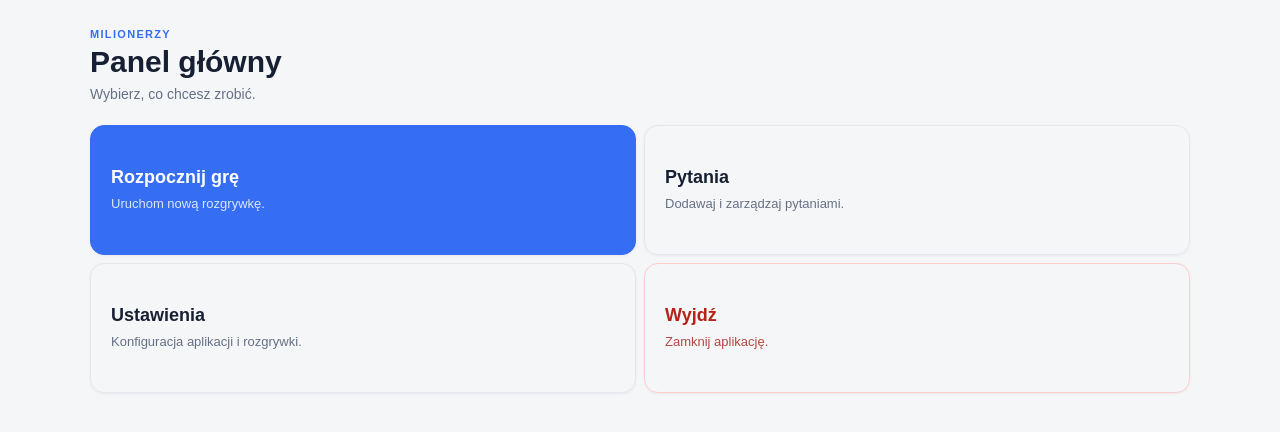
Repository: WaleonGames/HTGMilionerzy
Page: views/index.html
The author's editor kept a copy of each file at every save. The page is drawn from the files as they stood at one save, then again after a run of saves.
The browser window is 1280 px wide. The pictures show the whole page.

Above is the page before, as saved 2026-09-05 20:06:47.

After the next 2 saves:
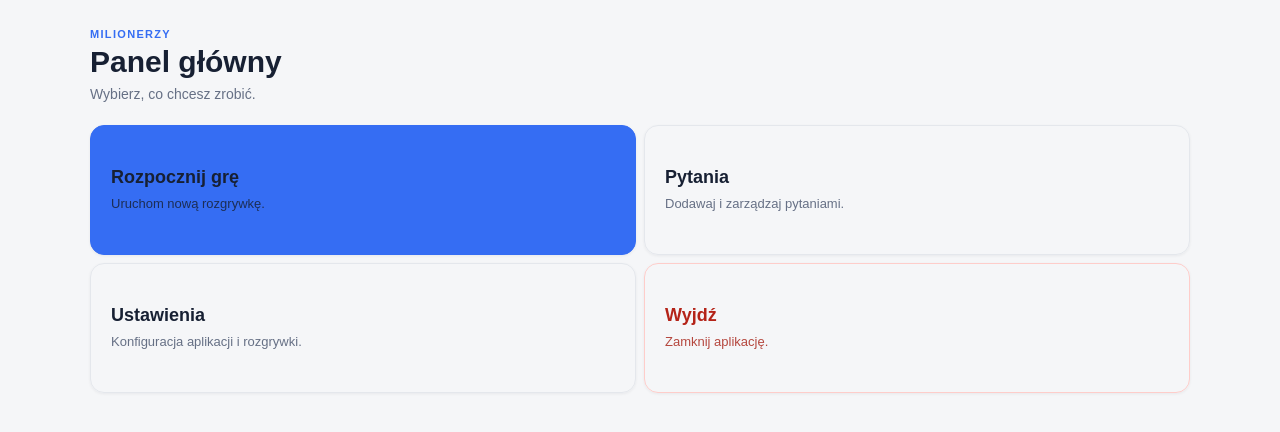
The 2 saves are shown as one change because they came seconds apart.
The last was saved 13 s later.
--- a/public/css/design.css
+++ b/public/css/design.css
@@ -243,14 +243,14 @@ small{
 
 .button-primary{
   background:var(--design-primary) !important;
-  color:#fff !important;
+  color:var(--design-surface) !important;
   border-color:var(--design-primary) !important;
   box-shadow:0 3px 10px rgba(53,109,243,.18) !important;
 }
 
 .button-primary:hover{
   background:var(--design-primary-hover) !important;
-  color:#fff !important;
+  color:var(--design-surface) !important;
   border-color:var(--design-primary-hover) !important;
 }
 
@@ -315,7 +315,7 @@ small{
 }
 
 .list-item{
-  background:#fff !important;
+  background:var(--design-surface) !important;
   color:var(--design-text) !important;
   border-color:var(--design-border) !important;
   box-shadow:var(--design-shadow-sm) !important;
@@ -380,7 +380,7 @@ small{
 
 .action-card-primary{
   background:var(--design-primary) !important;
-  color:#fff !important;
+  color:var(--design-surface) !important;
 
   border-color:var(--design-primary) !important;
 }
@@ -392,7 +392,7 @@ small{
 
 .action-card-primary .action-card-title,
 .action-card-primary .action-card-description{
-  color:#fff !important;
+  color:var(--design-surface) !important;
 }
 
 .action-card-primary .action-card-description{
@@ -594,11 +594,11 @@ select{
 }
 
 .menu-header{
-  background:#fff !important;
+  background:var(--design-surface) !important;
 }
 
 .menu-card{
-  background:#fff !important;
+  background:var(--design-surface) !important;
   color:var(--design-text) !important;
   border-color:var(--design-border) !important;
   box-shadow:var(--design-shadow-sm) !important;
@@ -623,7 +623,7 @@ select{
 
 .menu-card-primary{
   background:var(--design-primary) !important;
-  color:#fff !important;
+  color:var(--design-surface) !important;
   border-color:var(--design-primary) !important;
 }
 
@@ -633,11 +633,11 @@ select{
 }
 
 .menu-card-primary .menu-card-title{
-  color:#fff !important;
+  color:var(--design-surface) !important;
 }
 
 .menu-card-primary .menu-card-description{
-  color:#fff !important;
+  color:var(--design-surface) !important;
   opacity:.82;
 }
 
@@ -646,7 +646,7 @@ select{
 ========================= */
 
 .menu-card-danger{
-  background:#fff !important;
+  background:var(--design-surface) !important;
   color:var(--design-danger) !important;
   border-color:var(--design-danger-border) !important;
 }

After the save that followed:
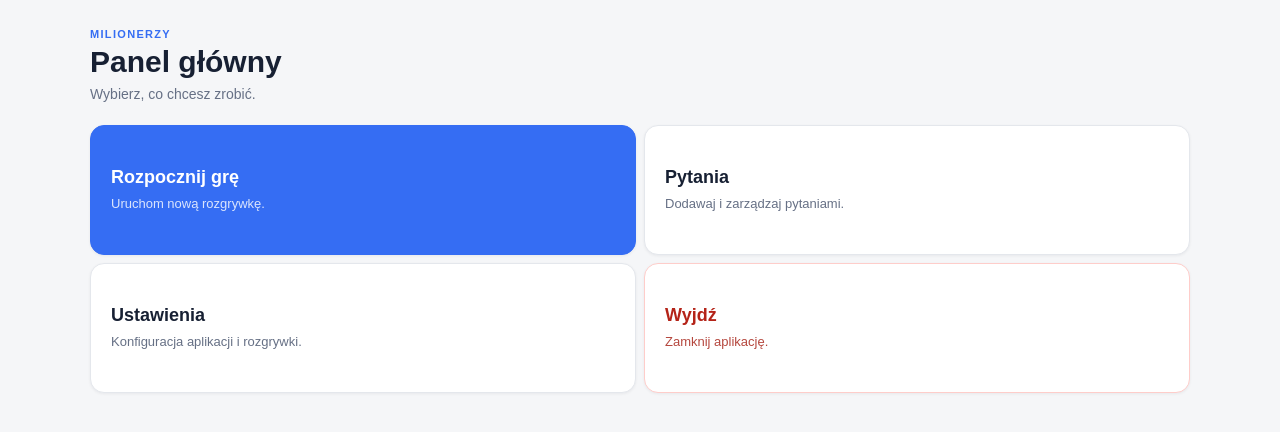
Saved 4 s later.
--- a/public/css/design.css
+++ b/public/css/design.css
@@ -6,7 +6,7 @@
 :root[data-theme="light"]{
   --design-bg:#f5f6f8;
 
-  --design-surface:#ffxffff;
+  --design-surface:#ffffff;
   --design-surface-soft:#f8fafc;
   --design-surface-hover:#f3f5f7;
   --design-surface-active:#eef4ff;
